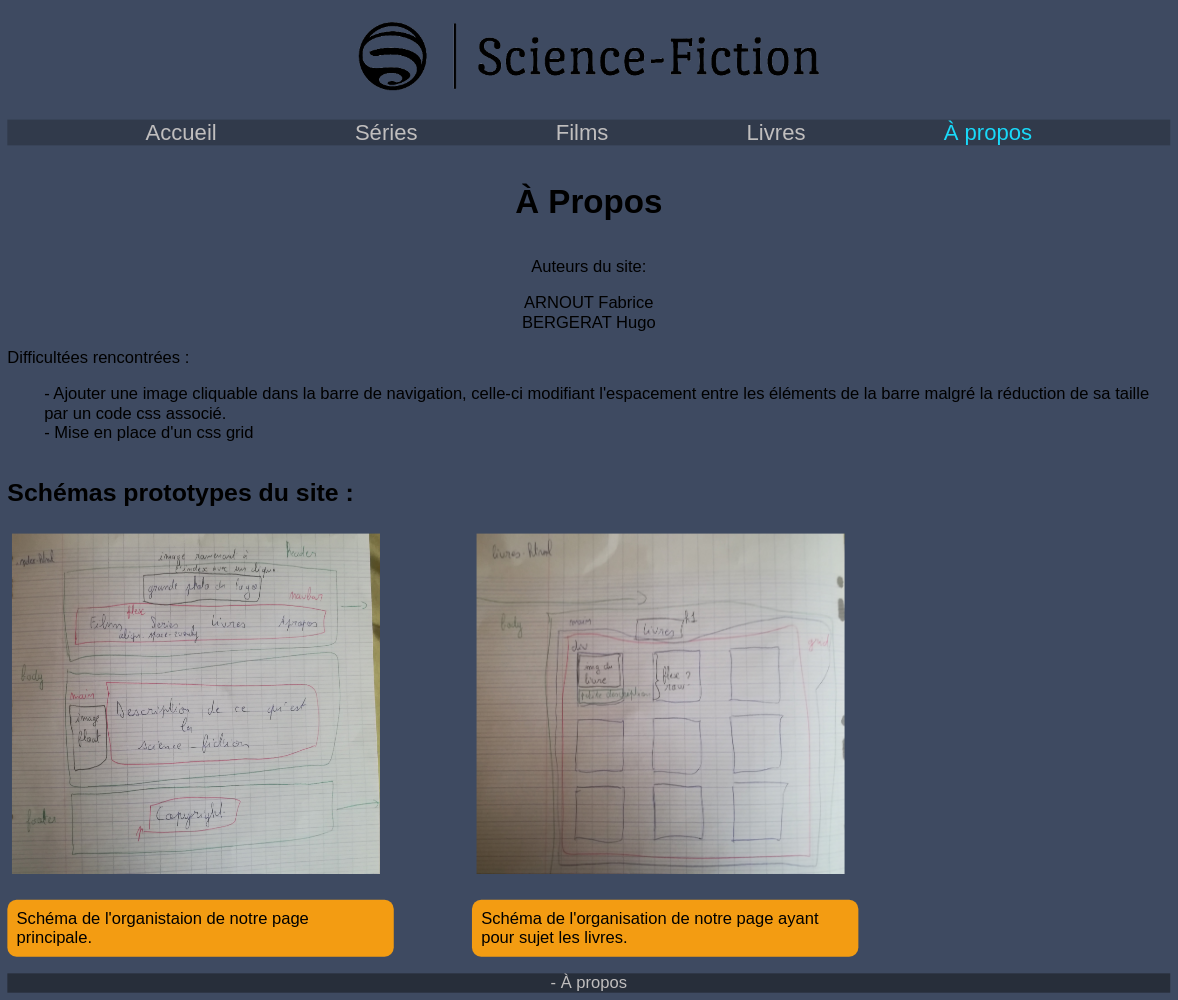
Repository: Emalios/Projet-Web
Page: html/a-propos.html
An editor plug-in stored every save of this project. The page is shown before and after a run of saves, followed by the edit.
The browser window is 1280 px wide. The pictures show the whole page, at 92% of full size.

Above is the page before, as saved 2020-11-11 20:10:11.

After the next 2 saves:
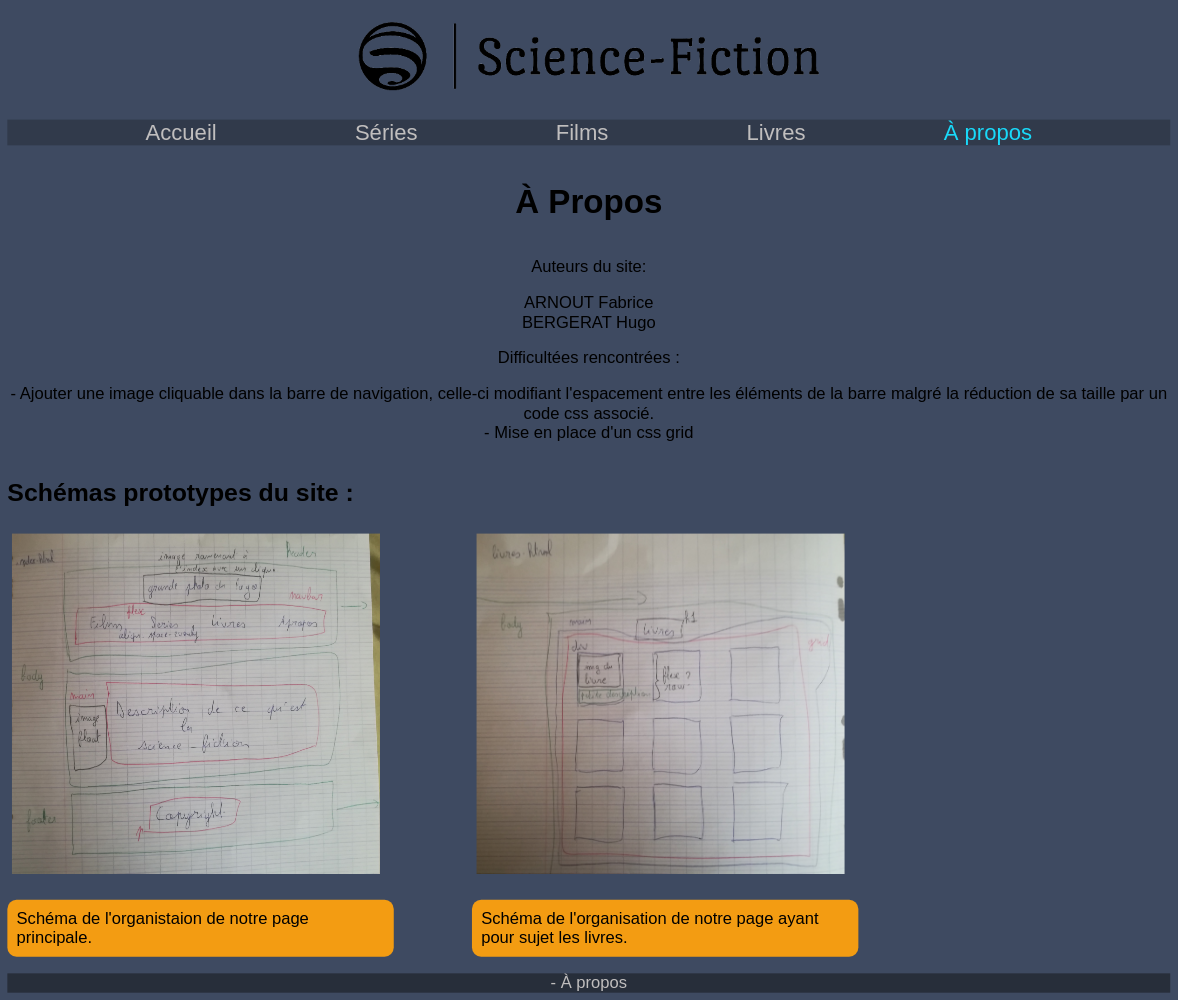
The 2 saves are shown as one change because they came seconds apart.
The last was saved 10 s later.
--- a/css/a-propos.css
+++ b/css/a-propos.css
@@ -53,12 +53,12 @@
   flex-direction: column;
 }
 
-#auteurs-div, #dificultees-div {
+#auteurs-div, #difficultees-div {
   text-align: center;
   display: block;
 }
 
-#auteurs {
+#auteurs, #difficultees {
   padding: 0;
   display: flex;
   flex-direction: column;
